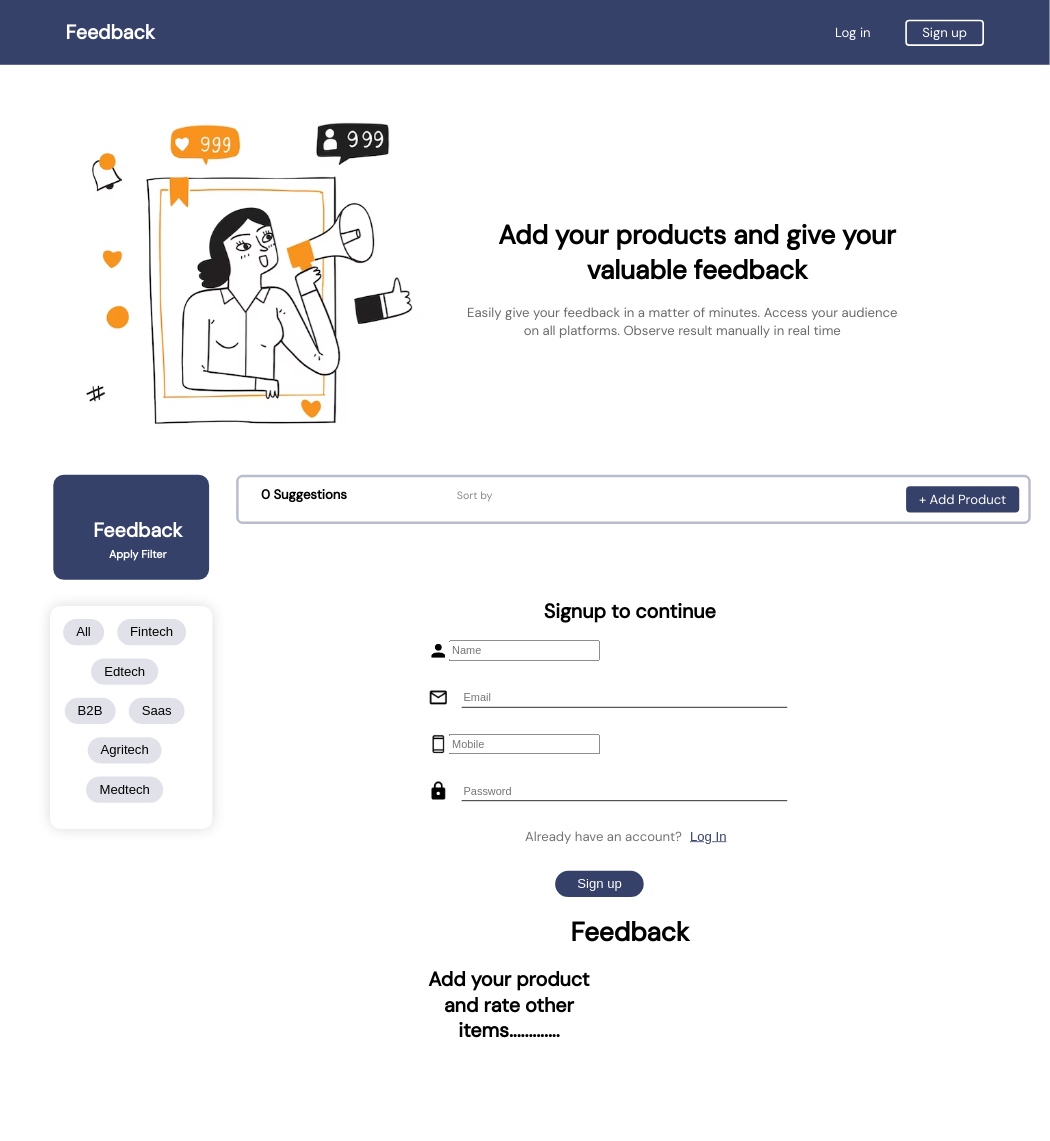
Repository: drumsmanku/final-evaluation-test
Page: / (app in client/), after clicking the first element matching `button.btn-main-page-register`
These files come from the project's save history. The page is drawn as it stood at one moment and after the next save; the edit follows.
The browser window is 1280 px wide. The pictures show the whole page, at 82% of full size.
The page's requests for data from a server got no answer. The project was rebuilt for these pictures with package versions that can differ from the ones it lists, and the page was loaded fresh each time. No one was signed in, and anything a server would have sent is missing. Also part of the build but not shown: client/src/Components/LoginPopUp.js, client/src/Components/SignUp.js, client/src/Components/Login.js.

Above is the page before, as saved 2023-07-30 09:18:03.

After the next save:
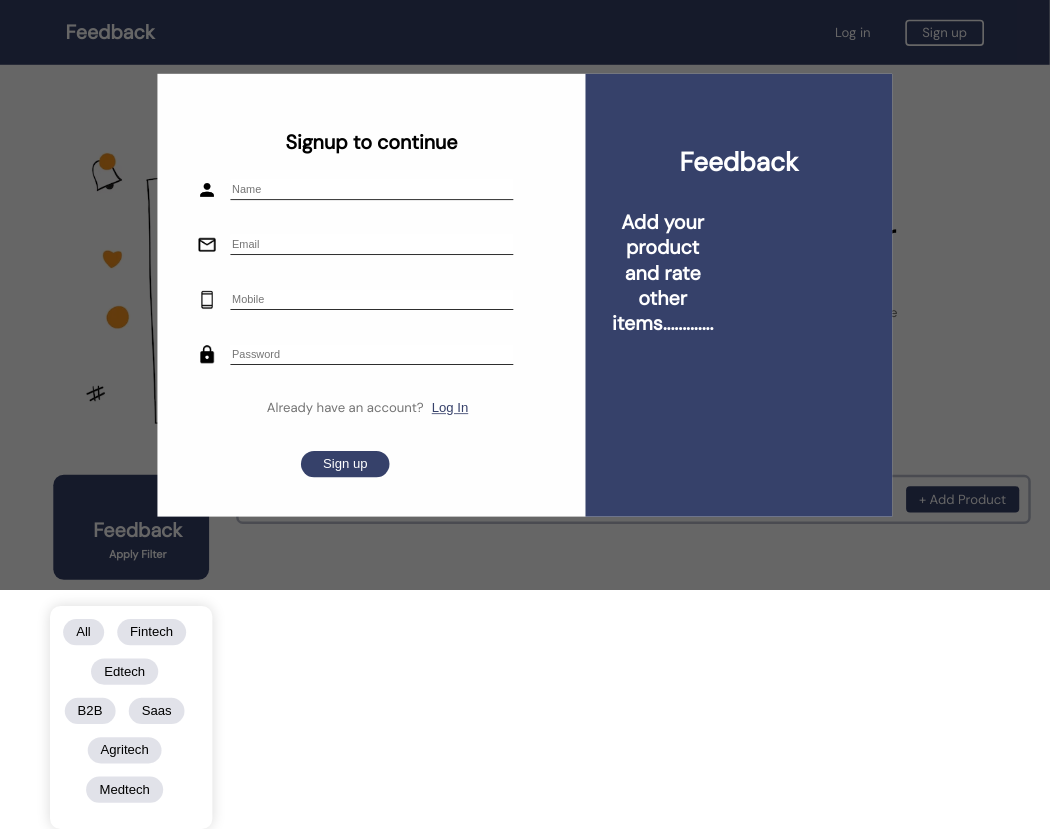
Saved 39 s later.
--- a/client/src/Components/SignupPopUp.js
+++ b/client/src/Components/SignupPopUp.js
@@ -4,7 +4,8 @@ import axios from 'axios';
 import name from '../Assets/name.png'
 import mobile from '../Assets/mobile.png'
 import email from '../Assets/email.png'
-import password from '../Assets/password.png'
+import password from '../Assets/password.png';
+import '../CSS/SignupPopUp.css'
 
 function SignupPopUp({closeModal, showSignupModal}) {
 
